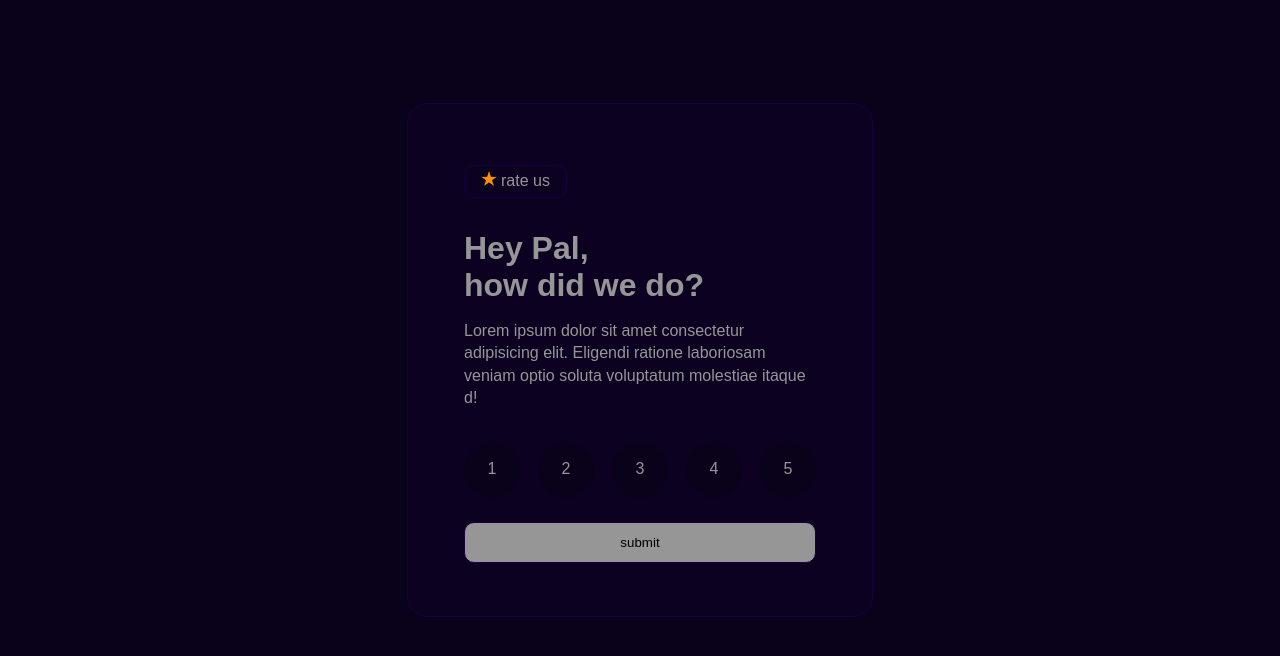
Repository: russel-success/xcodepp-TASK-2
Page: index.html
These files come from the project's save history. The page is drawn as it stood at one moment and after a run of saves; the edit follows.
The browser window is 1280 px wide. The pictures show the whole page.

Above is the page before, as saved 2024-05-27 09:22:52.

### index.html
<!DOCTYPE html>
<html lang="en">
<head>
    <meta charset="UTF-8">
    <meta name="viewport" content="width=device-width, initial-scale=1.0">
    <link rel="stylesheet" href="styles/styles.css">
    <title>Ratings</title>
</head>
<body>
    <div class="container">
        <div class="card-container">
            <div class="rate-us">
                <span><img src="assets/star.png" alt=""></span><span><p>rate us</p></span>
            </div>
            <div class="body-text-container">
                <h1>Hey Pal,<br> how did we do?</h1>
                <p class="body-text">Lorem ipsum dolor sit amet consectetur adipisicing elit. Eligendi ratione laboriosam veniam optio soluta voluptatum molestiae itaque d!</p>
            </div>
            <div class="ratings-container">
                <div class="rating">1</div>
                <div class="rating">2</div>
                <div class="rating">3</div>
                <div class="rating">4</div>
                <div class="rating">5</div>
            </div>
            <div class="button-container"><button class="submit">submit</button></div>
        </div>
    </div>
    <script src="script.js"></script>
</body>
</html>

### styles/styles.css
:root{
    --prim-purple:rgb(8, 1, 30);
    --headline:Arial, Helvetica, sans-serif ;
}
*{
    padding:0;
    margin:0;
}
.container{
    background:rgb(10, 1, 27);
    width:100vw;
    height:100vh;
    display:flex;
    justify-content: center;
    align-items: center;
}
.card-container{
    width:30%;
    min-width:240px;
    height:60%;
    min-height:250px;
    box-sizing:content-box;
    padding:40px;
    margin:24px;
    border-radius: 20px;
    border:1px solid rgb(23, 0, 63);
    background:rgb(13, 1, 34);
    color:rgb(150, 150, 150);
    font-family:var(--headline);
    line-height: 1.4rem;
    font-weight:100;
    display:flex;
    /* align-items:center; */
    justify-content: center;
    flex-direction:column;
}
.rate-us{
    display: flex;
    justify-content:left;
    align-items: center;
    gap:4px;
    margin:16px;
    padding:4px 16px;
    border:1px solid rgb(23, 0, 63);
    border-radius:10px;
    width:fit-content;
    height:fit-content;
}
.rate-us img{
    width:16px;
}
.body-text-container{
    width:fit-content;
    height:fit-content;
    padding:16px;
    display:flex;
    flex-direction: column;
    gap:16px;
}
h1{
    line-height: normal;
    font-weight:700;
}
.body-text{
    color:inherit;
}
.ratings-container{
    display:flex;
    justify-content:space-between;
    align-items: center;
    width:auto;
    height:56px;
    /* border:1px solid white; */
    margin:16px;
}
.rating{
    /* border:1px solid white; */
    width:56px;
    height:56px;
    /* min-width:40px;
    min-height:40px; */
    text-align:center;
    align-content:center;
    border-radius:28px;
    background:rgb(10, 1, 27);
    color:rgb(150, 150, 150);
    transition:background 0.3s ease;
    cursor:pointer;
}
.rating:hover{
    background:rgb(150, 150, 150);
    color:rgb(13, 1, 34);
}

.chosen-rating{
    background:rgb(255, 145, 0);
    color:rgb(13, 1, 34);
}
.button-container{
    display:flex;
    justify-content:center;
    align-items: center;
    width:auto;
    height:auto;
    padding:8px 16px;
}
.submit{
    width:100%;
    height:fit-content;
    padding:12px 0;
    border-radius:10px;
    border:1px solid rgb(23, 0, 63);
    background:rgb(150, 150, 150);
    transition:background 0.2s ease;
    cursor:pointer;
}
@media screen and (max-width:360px){
   text{
    font-size:0.9rem;
   }
   .card-container{
    height:40%;
    padding:32px;
    box-sizing:content-box;
   }
   .rating{
    width:40px;
    height:40px;
    border-radius:20px;
    font-size:0.8rem;
   }
}

### script.js
var ratings=document.querySelectorAll(".rating");
const submit_btn=document.querySelector(".submit");
console.log(ratings[1].textContent);
ratings.forEach(element=>{
    element.addEventListener("click",()=>{
        ratings.forEach(element=>{
            element.classList.remove('chosen-rating');
        })
        element.classList.add('chosen-rating');
       for(var i=0; i<element.textContent; i++){
        ratings[i].classList.add('chosen-rating');
       }
       submit_btn.style.background="rgb(255, 145, 0)";
    });

});

After the next 2 saves:
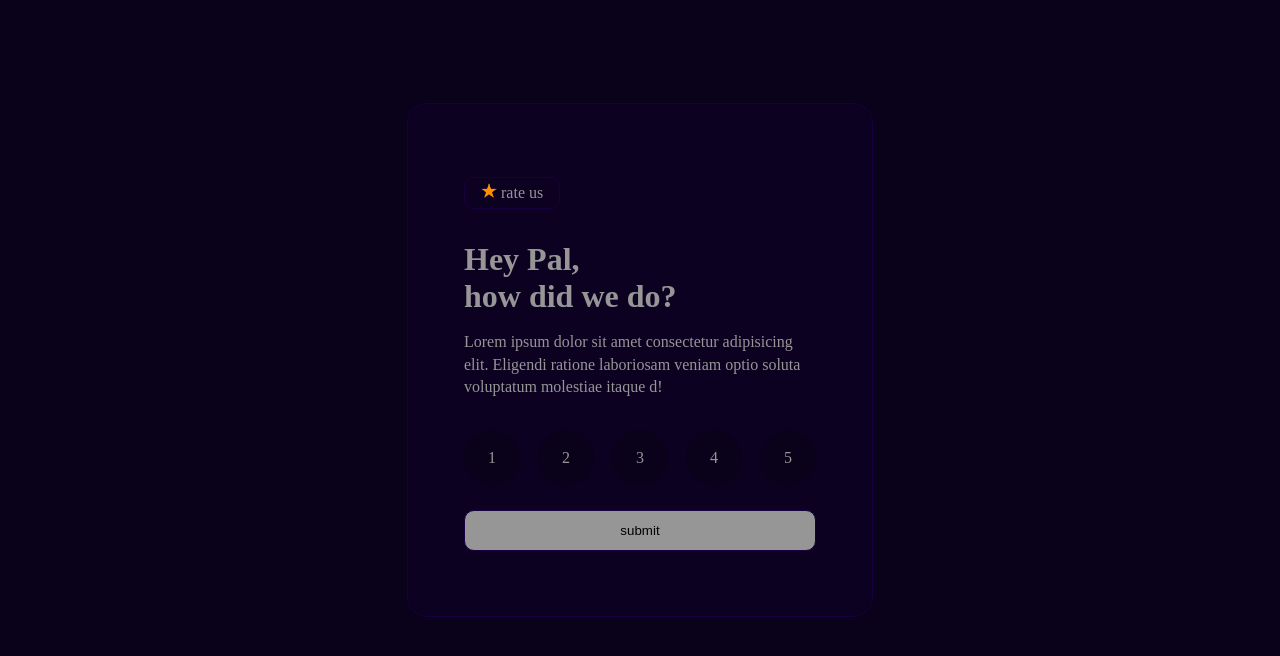
The 2 saves are shown as one change because they came seconds apart.
The last was saved 5 s later.
--- a/styles/styles.css
+++ b/styles/styles.css
@@ -1,6 +1,6 @@
 :root{
     --prim-purple:rgb(8, 1, 30);
-    --headline:Arial, Helvetica, sans-serif ;
+    --headline:Arial, Helvetica, sans-serif 700 ;
 }
 *{
     padding:0;
